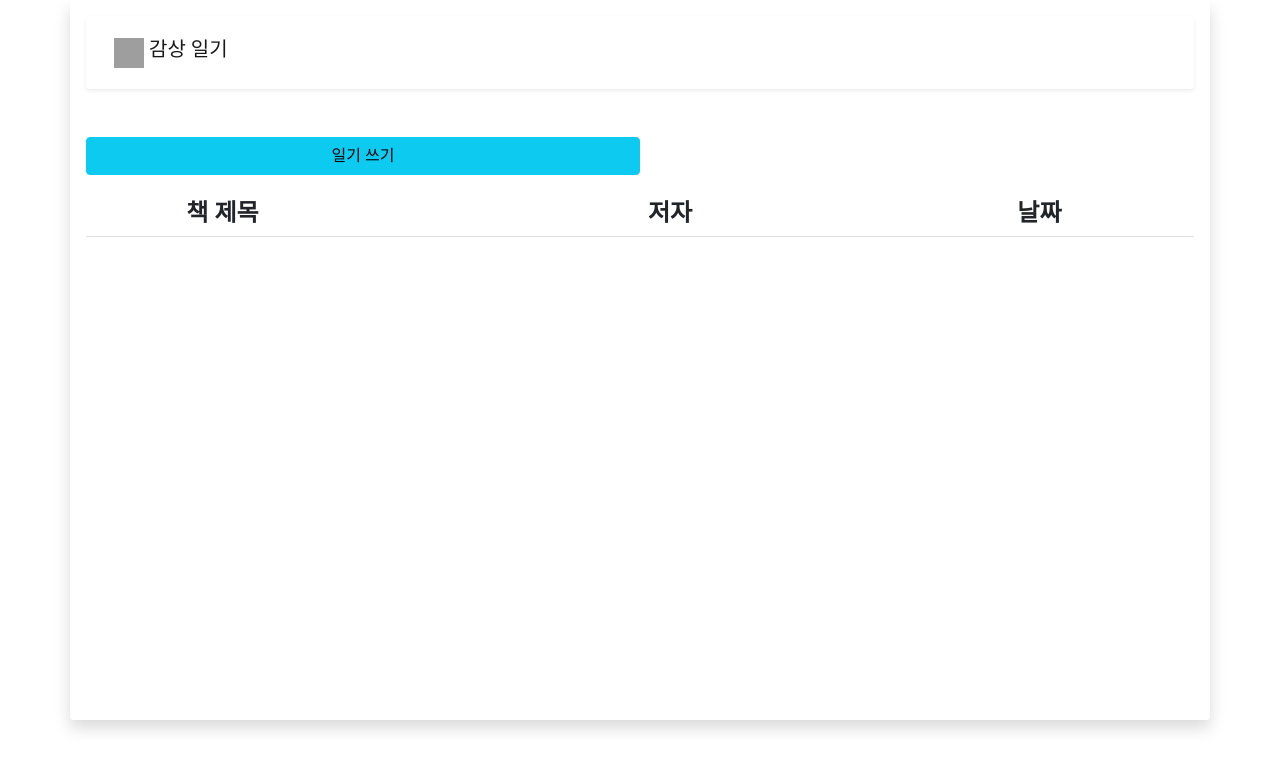
Repository: EunSung98/readMemo
Page: http://localhost/cultureMemoProject/memo/diary.jsp
These files come from the project's save history. The page is drawn as it stood at one moment and after the next save; the edit follows.
The browser window is 1280 px wide. The pictures show the whole page.
Pictures or frames that could not be fetched are drawn as grey boxes. Some web fonts or font styles are not loaded; a fallback is used. The page is served by Tomcat 9. Other server files are loaded and not shown. Queries for data that is not in the repository find no rows.

Above is the page before, as saved 2023-06-07 13:22:38.

### cultureMemoProject/src/main/webapp/memo/diary.jsp
<%@page import="books.bookDo"%>
<%@page import="java.util.ArrayList"%>
<%@ page language="java" contentType="text/html; charset=UTF-8"
    pageEncoding="UTF-8"%>
<!DOCTYPE html>
<html>
<head>
<meta charset="UTF-8">
<title>감상 일기</title>
</head>
<body>
<div class="h4 container shadow p-3 mb-5 bg-body rounded vh-100">
	<jsp:include page="../header.jsp"/>
	<div class="d-grid mt-5 w-50">
	  <button class="btn btn-info pull-right" type="button" onclick="location.href='upload.jsp'">일기 쓰기</button>
	</div>

	<table class="table table-striped mt-3">
	  <thead>
	    <tr>
	      <th class="col-1" scope="col"></th>
	      <th class="col-5"  scope="col">책 제목</th>
	      <th class="col-4" scope="col">저자</th>
	      <th class="col-3"  scope="col">날짜</th>
	    </tr>
	  </thead>
	    <tbody>

	   <jsp:useBean id="bdao" class="books.bookDao" scope="application" />

	<%
		String id = (String) session.getAttribute("id");

		ArrayList<bookDo> b = bdao.getAll(id);

		for(int i=0; i<b.size(); i++){
			bookDo bdo = b.get(i);
	%>
		<tr style="cursor: pointer" onclick="location.href='page.jsp?book=<%= bdo.getBookName()%>'">
	      <th scope="row"><%= i+1 %></th>
	      <td><%= bdo.getBookName() %></td>
	      <td><%= bdo.getWriter() %></td>
	      <td><%= bdo.getDate() %></td>
	    </tr>
	<%
		}
	%>
	  </tbody>
	</table>
</div>
</body>
</html>

### cultureMemoProject/src/main/webapp/header.jsp
<%@ page language="java" contentType="text/html; charset=UTF-8"
    pageEncoding="UTF-8"%>
<!DOCTYPE html>
<html>
<head>
<meta charset="UTF-8">
<link href="https://cdn.jsdelivr.net/npm/bootstrap@5.1.3/dist/css/bootstrap.min.css" rel="stylesheet" integrity="sha384-1BmE4kWBq78iYhFldvKuhfTAU6auU8tT94WrHftjDbrCEXSU1oBoqyl2QvZ6jIW3" crossorigin="anonymous">
<script src="https://cdn.jsdelivr.net/npm/bootstrap@5.1.3/dist/js/bootstrap.bundle.min.js" integrity="sha384-ka7Sk0Gln4gmtz2MlQnikT1wXgYsOg+OMhuP+IlRH9sENBO0LRn5q+8nbTov4+1p" crossorigin="anonymous"></script>
<link rel="preconnect" href="https://fonts.googleapis.com">
<link rel="preconnect" href="https://fonts.gstatic.com" crossorigin>
<link href="https://fonts.googleapis.com/css2?family=Nanum+Myeongjo:wght@700&family=Poor+Story&family=Song+Myung&display=swap" rel="stylesheet"><style>
*{
	font-family: 'Nanum Myeongjo', serif;
	font-family: 'Poor Story', cursive;
	font-family: 'Song Myung', serif;
}
</style>
<title>감상 일기</title>
</head>
<body>
<nav class="bg-light navbar navbar-light shadow-sm p-3 mb-5 bg-body rounded w-100">
  <div class="container-fluid">
    <a class="navbar-brand align-middle" href="#">
      <img src="https://cdn-icons-png.flaticon.com/512/3238/3238016.png" alt="" width="30" height="30" class="d-inline-block align-text-top">
      감상 일기
    </a>
    <%
    	String userId =  (String) session.getAttribute("id");
    	if(userId != null){
    %>
    <form action="logout.jsp"  class="w-5 h5">
    	<%= userId %>님
    	<button class="btn btn-outline-secondary m-3" type="submit">로그아웃</button>
    </form>
    <%
    	}
    %>
  </div>
</nav>
</body>
</html>

### cultureMemoProject/src/main/java/books/bookDao.java
package books;

import java.sql.Connection;
import java.sql.Date;
import java.sql.DriverManager;
import java.sql.PreparedStatement;
import java.sql.ResultSet;
import java.sql.SQLException;
import java.time.LocalDate;
import java.util.ArrayList;

import javax.naming.Context;
import javax.naming.InitialContext;
import javax.sql.DataSource;

public class bookDao {
	// DB 연동에 필요한 JDBC 클래스 선언
	Connection conn = null;
	PreparedStatement pstmt = null;
	ResultSet rs = null;

	public void uploadBook(bookDo bdo,String userId) {
		System.out.println("uploadBook() 처리 시작");

		//DB 연결
		connect_cp();

		//SQL 처리 루틴
		String sql = "insert into books(bookName,writer,date,content,memberId)"
		+" values(?,?,?,?,?)";

		LocalDate nowTime = LocalDate.now();

		try {
			pstmt = conn.prepareStatement(sql);
			pstmt.setString(1,bdo.getBookName());
			pstmt.setString(2,bdo.getWriter());
			pstmt.setDate(3,Date.valueOf(nowTime));
			pstmt.setString(4,bdo.getContent());
			pstmt.setString(5,userId);

			//sql문 실행 : 테이블에 변화 있으면  update..
			pstmt.executeUpdate();

			System.out.println("uploadBook() 처리 완료");
		} catch (SQLException e) {
			e.printStackTrace();
		}

		//디비 연결 종료
		disConnect();
	}

	public bookDo goPage(String book,String userId) {
		System.out.println("goPage() 처리 시작");
		connect_cp();

		bookDo bdo = new bookDo();

		String sql = "select * from books where bookName=? and memberId=?";
		try {
			pstmt = conn.prepareStatement(sql);
			pstmt.setString(1, book);
			pstmt.setString(2, userId);
			rs = pstmt.executeQuery();
			while(rs.next()) {
				bdo.setBookName(rs.getString(1));
				bdo.setWriter(rs.getString(2));
				bdo.setDate(rs.getTimestamp(3));
				bdo.setContent(rs.getString(4));
				bdo.setMemberId(rs.getString(5));
				System.out.println("goPage() 처리 완료");
			}
		} catch (SQLException e) {
			// TODO Auto-generated catch block
			e.printStackTrace();
		}
		disConnect();

		return bdo;
	}

	public void modifyBook(bookDo bdo,String book,String userId) {
		System.out.println("modifyBook() 처리 시작");

		//DB 연결
		connect_cp();

		//SQL 처리 루틴
		String sql = "update books set bookName=?,writer=?,date=?,content=? "
				+ "where bookName=? and memberId=?";

		try {
			pstmt = conn.prepareStatement(sql);
			pstmt.setString(1,bdo.getBookName());
			pstmt.setString(2,bdo.getWriter());
			pstmt.setDate(3,Date.valueOf(java.time.LocalDate.now()));
			pstmt.setString(4,bdo.getContent());
			pstmt.setString(5, book);
			pstmt.setString(6, userId);

			pstmt.executeUpdate();

			System.out.println("modifyBook() 처리 완료");
		} catch (SQLException e) {
			e.printStackTrace();
		}

		disConnect();
	}

	public void deleteBook(String book,String userId) {
		System.out.println("deleteBook() 처리 시작");
		connect_cp();

		String sql = "delete from books where bookName=? and memberId=?";
		try {
			pstmt = conn.prepareStatement(sql);
			pstmt.setString(1,book);
			pstmt.setString(2, userId);
			pstmt.executeUpdate();
			System.out.println("deleteBook() 처리 완료");
		} catch (SQLException e) {
			e.printStackTrace();
		}

		disConnect();
	}

	public ArrayList<bookDo> getAll(String userId) {
		System.out.println(" getAll() 처리 시작");

		//DB 연결
		connect_cp();
		ArrayList<bookDo> bList = new ArrayList<bookDo>();

		//SQL 처리 루틴
		String sql = "select * from books where memberId=?";

		try {
			pstmt = conn.prepareStatement(sql);
			pstmt.setString(1, userId);
			rs = pstmt.executeQuery();

			while(rs.next()) {
				bookDo bdo = new bookDo();
				bdo.setBookName(rs.getString(1));
				bdo.setWriter(rs.getString(2));
				bdo.setDate(rs.getTimestamp(3));
				bdo.setContent(rs.getString(4));
				bdo.setMemberId(rs.getString(5));

				bList.add(bdo);
			}
			System.out.println("getAll() 처리 완료");
		} catch (SQLException e) {
			e.printStackTrace();
		}
		disConnect();

		return bList;
	}

	public void connect_cp() {
		try {
			//context 객체 생성
			Context initctx = new InitialContext();
			//context.xml 접근
			Context envctx = (Context) initctx.lookup("java:/comp/env");

			//'jdbc/pool' 이름의 커넥션 풀에 접근
			DataSource ds = (DataSource) envctx.lookup("jdbc/pool");
			//collection pool로부터 collection 하나 빌려오기
			conn = ds.getConnection();

			System.out.println("collection pool로부터 디비 연결 성공");
		} catch (Exception e) {
			// TODO Auto-generated catch block
			e.printStackTrace();
		}

	}

	public void disConnect() {
		if(conn != null) {
			try {
				conn.close();
			}catch(SQLException e) {
				e.printStackTrace();
			}
		}
		if(pstmt != null) {
			try {
				pstmt.close();
			}catch(SQLException e) {
				e.printStackTrace();
			}
		}
		if(rs != null) {
			try {
				rs.close();
			} catch (SQLException e) {
				e.printStackTrace();
			}
		}
	}
}

After the next save:
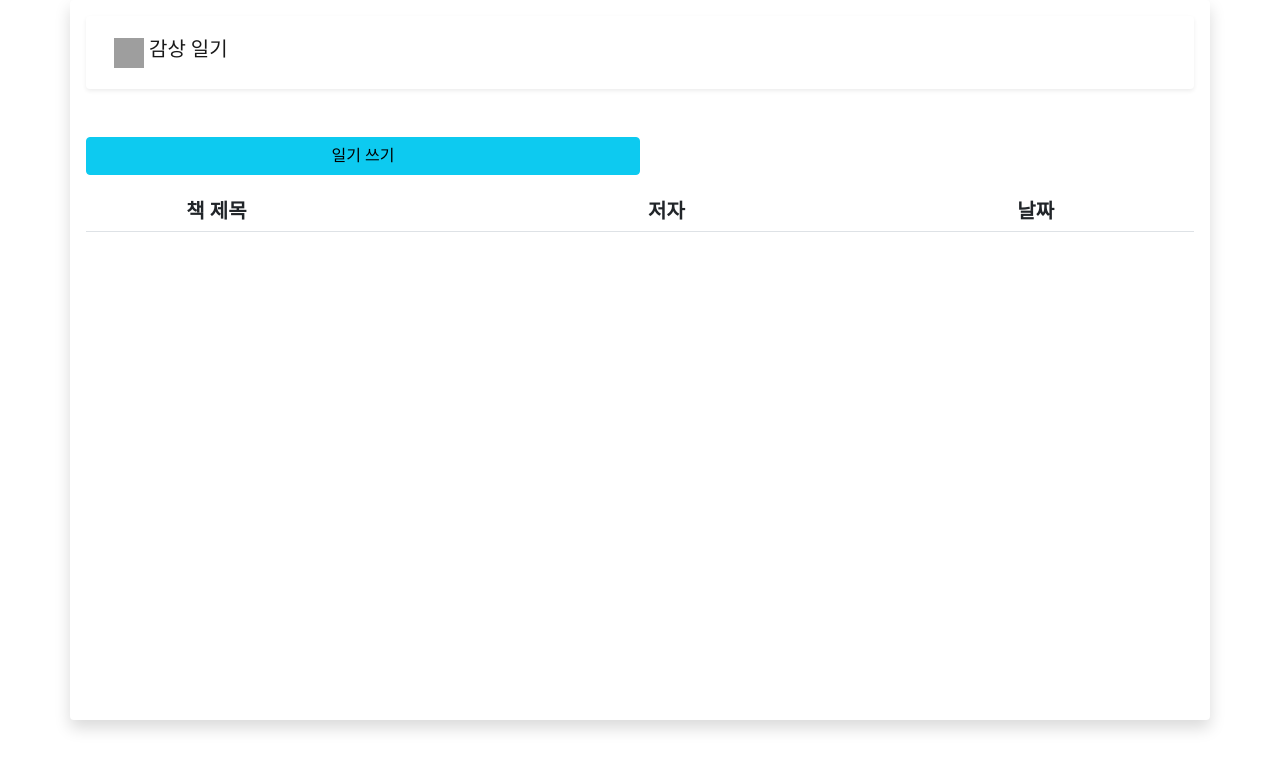
Saved 6 s later.
--- a/cultureMemoProject/src/main/webapp/memo/diary.jsp
+++ b/cultureMemoProject/src/main/webapp/memo/diary.jsp
@@ -9,7 +9,7 @@
 <title>감상 일기</title>
 </head>
 <body>
-<div class="h4 container shadow p-3 mb-5 bg-body rounded vh-100">
+<div class="h5 container shadow p-3 mb-5 bg-body rounded vh-100">
 	<jsp:include page="../header.jsp"/>
 	<div class="d-grid mt-5 w-50">
 	  <button class="btn btn-info pull-right" type="button" onclick="location.href='upload.jsp'">일기 쓰기</button>
